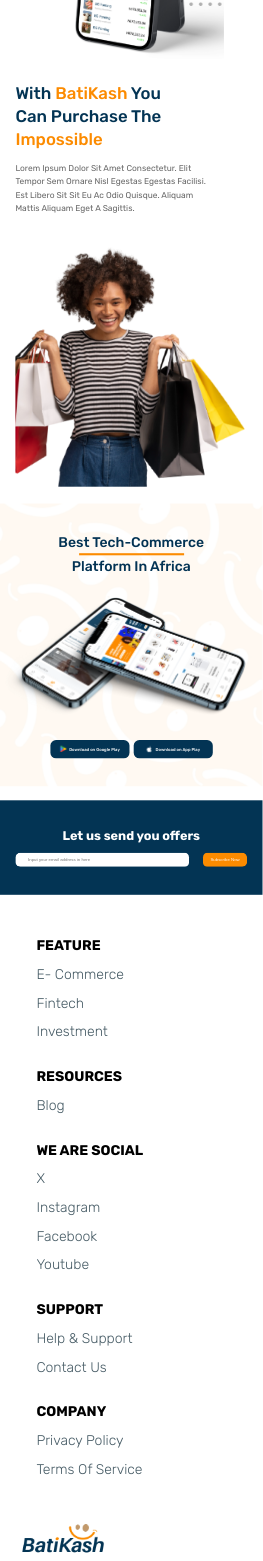
Repository: Batikashdev/batikash-website
Page: /
These files come from the project's save history. The page is drawn as it stood at one moment and after the next save; the edit follows.
The browser window is 375 px wide. The pictures show the part of the page from y = 2056 to 4296 px (the page is 4286 px tall before and 4296 px after), at 70% of full size.
The project was rebuilt for these pictures with package versions that can differ from the ones it lists, and the page was loaded fresh each time. Also part of the build but not shown: vite.config.js, src/App.css, src/pages/About.jsx, src/components/blog/blog.scss, src/components/blog/BlogPost.jsx, src/components/blog/Frame1.jsx, src/components/blog/dummydate.js, src/pages/Blog.jsx and 6 more.

Above is the page before, as saved 2024-06-23 13:39:48.

After the next save:
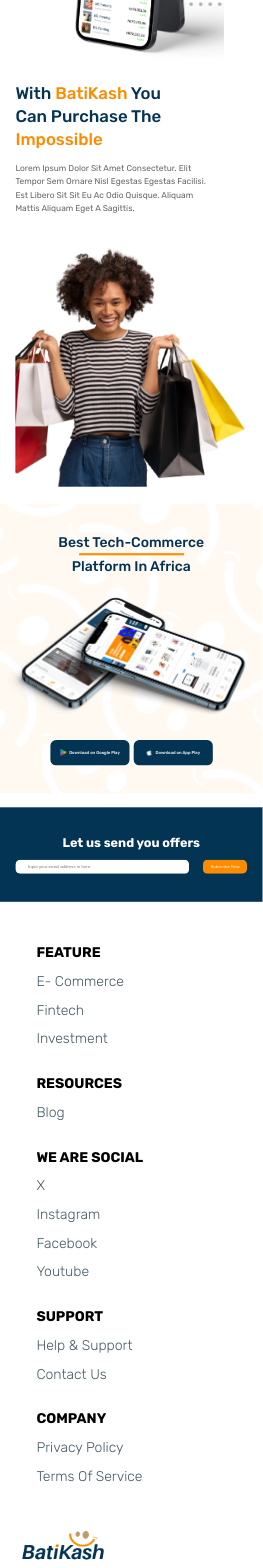
Saved 9 s later.
--- a/src/components/baseframe/baseframe.scss
+++ b/src/components/baseframe/baseframe.scss
@@ -72,7 +72,7 @@
                 align-items: center;
                 justify-content: center;
                 width: 113px;
-                height: 26px;
+                height: 36px;
                 border: none;
                 border-radius: 8px;
                 background: #033454;
